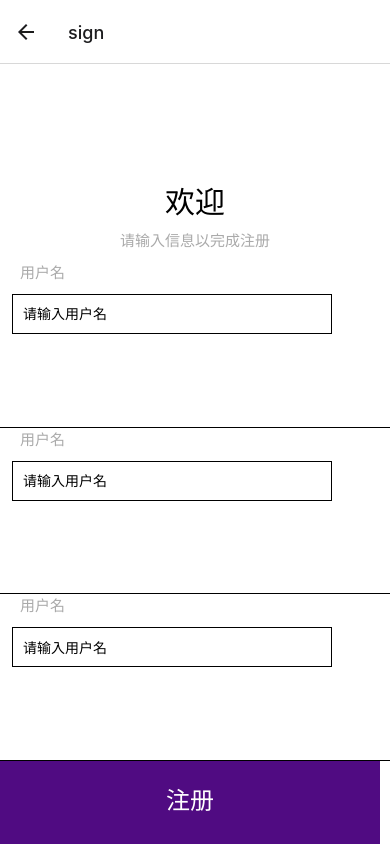
Repository: eyebone/barManager
Page: /sign
The author's editor kept a copy of each file at every save. The page is drawn from the files as they stood at one save, then again after the next save.
The browser window is 390 px wide. The pictures show the whole page.
The app was drawn by React Native's web renderer in a window 390 px wide. The project was rebuilt for these pictures with package versions that can differ from the ones it lists, and the page was loaded fresh each time. Some packages were replaced by stand-ins written for this rebuild. Also part of the build but not shown: components/EmojiPicker.js, components/Button.js, components/ImageViewer.js, components/circleButton.js, components/IconButton.js, view/ViewOne.js.

Above is the page before, as saved 2023-06-26 10:29:50.

### App.js
// In App.js in a new project

import * as React from 'react';
import { Button, View, Text } from 'react-native';
import { NavigationContainer } from '@react-navigation/native';
import { createNativeStackNavigator } from '@react-navigation/native-stack';
import { ViewOne } from './view/ViewOne';
import { SignView } from './view/Sign';
//
function HomeScreen({ navigation }) {
  return (
    <View style={{ flex: 1, alignItems: 'center', justifyContent: 'center' }}>
      <Text>Home Screen</Text>
      <Button
        title="Go to Details"
        onPress={() => navigation.navigate('test')}
      />
      <Button
              title="Go to Sign"
              onPress={() => navigation.navigate('sign')}
            />
    </View>
  );
}

function DetailsScreen() {
  return (
    <View style={{ flex: 1, alignItems: 'center', justifyContent: 'center' }}>
      <Text>Details Screen</Text>
    </View>
  );
}

const Stack = createNativeStackNavigator();

function App() {
  return (
    <NavigationContainer>
      <Stack.Navigator>
        <Stack.Screen name="Home"
        component={HomeScreen} />
         <Stack.Screen name="test"
          component={ViewOne} />
          <Stack.Screen name="sign"
                    component={SignView} />
        </Stack.Navigator>
    </NavigationContainer>
  );
}

export default App;

### view/Sign.js
import { StatusBar } from "expo-status-bar";
import { StyleSheet, View, Text } from "react-native";
import Button from "../components/Button";
import ImageViewer from "../components/ImageViewer";
import * as ImagePicker from "expo-image-picker";
import { useState } from "react";
const PlaceholderImage = require("../assets/images/background-image.png");
import * as React from "react";
import {
  FlatList,
  Image,
  Platform,
  Pressable,
  PixelRatio,
  TextInput,
} from "react-native";

//import {Text } from 'react-native';

export function SignView() {
  const [value, onChangeText] = React.useState("Useless Multiline Placeholder");

  return (
    <View style={styles.container}>
      {/* <Image source={require("../assets/bar/Back.png")} /> */}
      <View style={styles.welcomeContainer}>
        <Text style={styles.welcomeText} numberOfLines={1}>
          欢迎
        </Text>
        <Text style={styles.infoText}>请输入信息以完成注册</Text>
      </View>
      <View style={styles.inputBar}>
        <Text style={styles.smallText}>用户名</Text>
        <TextInput
          style={styles.input}
          placeholder="请输入用户名"
          //          onChangeText={onChange}
        />
      </View>
      <View style={styles.inputBar}>
        <Text style={styles.smallText}>用户名</Text>
        <TextInput
          style={styles.input}
          placeholder="请输入用户名"
          //          onChangeText={onChange}
        />
      </View>
      <View style={styles.inputBar}>
        <Text editable style={styles.smallText}>
          用户名
        </Text>
        <TextInput
          style={styles.input}
          placeholder="请输入用户名"
          //          onChangeText={onChange}
        />
      </View>
      <View style={styles.footerContainer}>
        <Text style={styles.regText}>注册</Text>
      </View>
    </View>
  );
}

const styles = StyleSheet.create({
  container: {
    flex: 1,
    flexDirection: "column",
    backgroundColor: "#fff",
    //    alignItems: 'center',
  },
  welcomeContainer: {
    flex: 1,
    backgroundColor: "#fff",
    alignItems: "center",
    marginTop: 114,
    height: 60,
  },
  welcomeText: {
    fontSize: PixelRatio.getFontScale() * 30,
    //    fontFamily: STKaiti,
  },
  infoText: {
    color: "#aaa",
    fontSize: PixelRatio.getFontScale() * 15,
    lineHeight: 38,
  },
  imageContainer: {
    flex: 1,
    paddingTop: 58,
  },
  smallText: {
    fontSize: PixelRatio.getFontScale() * 15,
    color: "#aaa",
    marginLeft: 20,
  },
  footerContainer: {
    flex: 1,
    alignItems: "center",
    backgroundColor: "#500B82",
    width: 380,
    height: 57,
    bottom: 0,
    //      marginTop: 600,
    //      paddingTop: 737,
  },
  inputBar: {
    flex: 2,
    borderBottomColor: "#000",
    borderBottomWidth: 1,
  },
  regText: {
    fontSize: PixelRatio.getFontScale() * 24,
    color: "#fff",
    margin: 20,
  },
  input: {
    height: 40,
    margin: 12,
    borderWidth: 1,
    padding: 10,
    width: 320,
  },
});

After the next save:
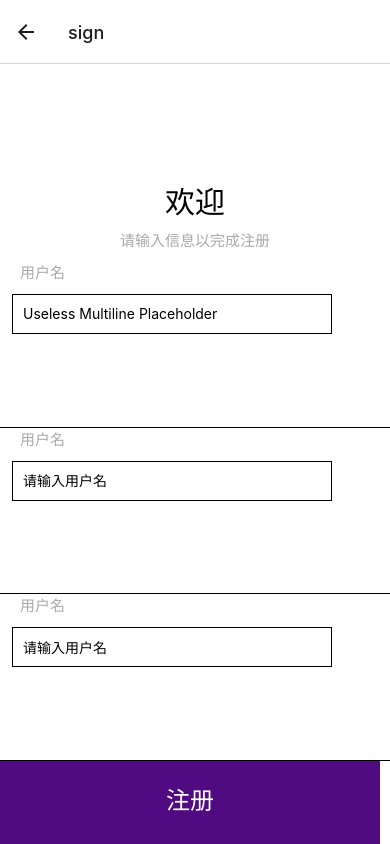
Saved 74 s later.
--- a/view/Sign.js
+++ b/view/Sign.js
@@ -32,6 +32,9 @@ export function SignView() {
       <View style={styles.inputBar}>
         <Text style={styles.smallText}>用户名</Text>
         <TextInput
+          maxLength={40}
+          onChangeText={(text) => onChangeText(text)}
+          value={value}
           style={styles.input}
           placeholder="请输入用户名"
           //          onChangeText={onChange}
